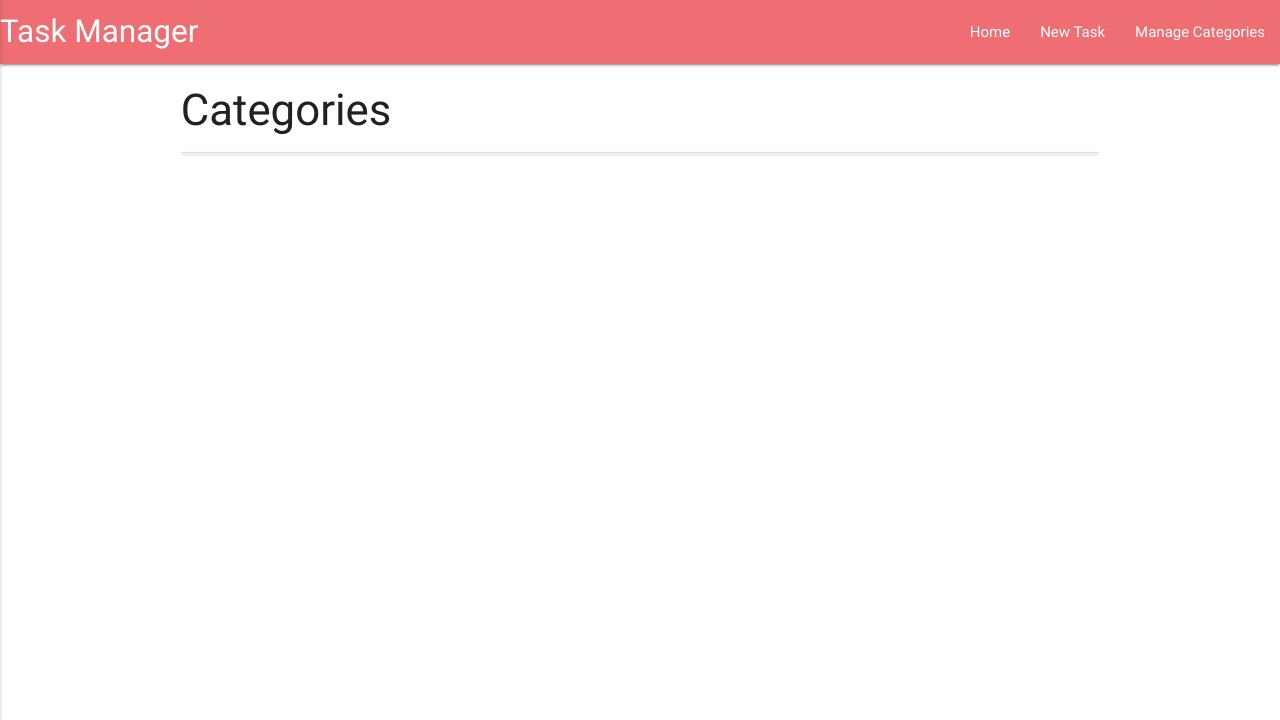
Repository: grantymartin/task_manager
Page: http://localhost/get_categories
The author's editor kept a record of every edit. The page is drawn from the files as they stood at one moment, then again after the next edit.
The browser window is 1280 px wide. The pictures show the whole page.
Some web libraries are served in a nearby version. The page is served by the project's application, run on Flask 3 (app.py). Queries for data that is not in the repository find no rows.

Above is the page before.
Console error: TypeError: Cannot read properties of null (reading 'addEventListener')

After the next edit:
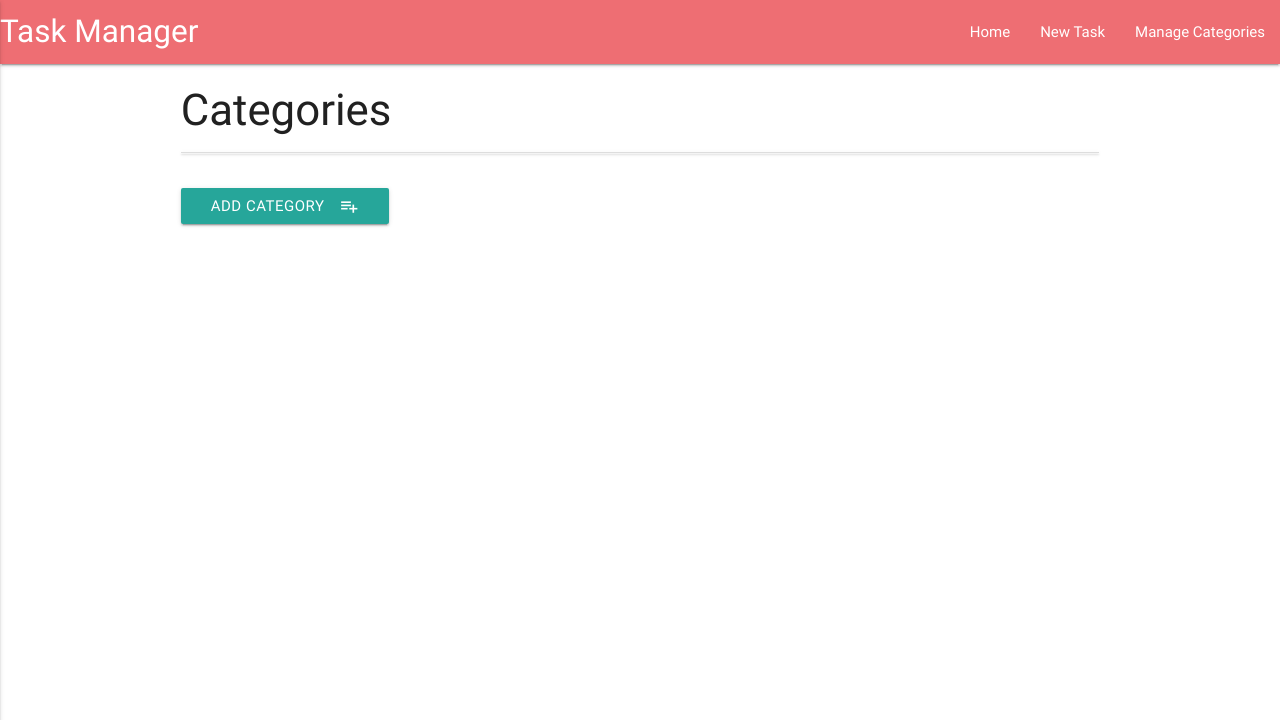
The edit:
--- a/templates/categories.html
+++ b/templates/categories.html
@@ -19,4 +19,7 @@
 
     </ul>
 </div>
+<div class="row">
+    <a href="{{url_for('new_category')}}" class="waves-effect waves-light btn"><i class="material-icons right">playlist_add</i>add Category</a>
+</div>
 {% endblock %}
